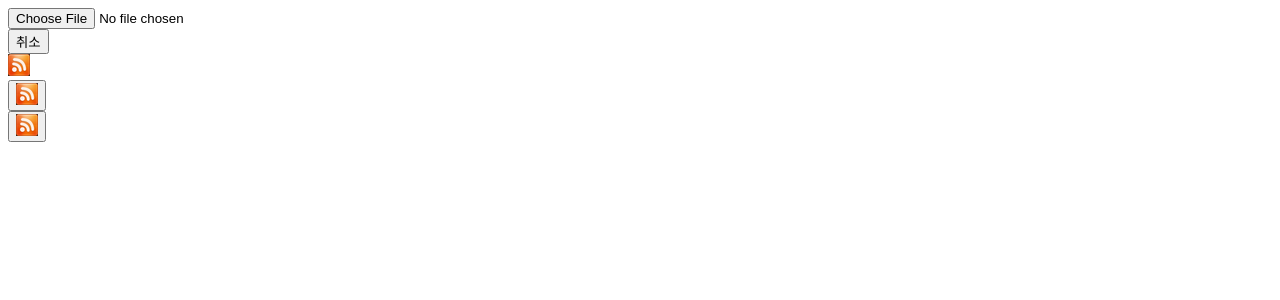
Repository: ssleap/multicampusIoT
Page: workspace190520/edu1/WebContent/button.html
The author's editor kept a copy of each file at every save. The page is drawn from the files as they stood at one save, then again after the next save.
The browser window is 1280 px wide. The pictures show the whole page.

Above is the page before, as saved 2019-05-22 04:26:09.

After the next save:
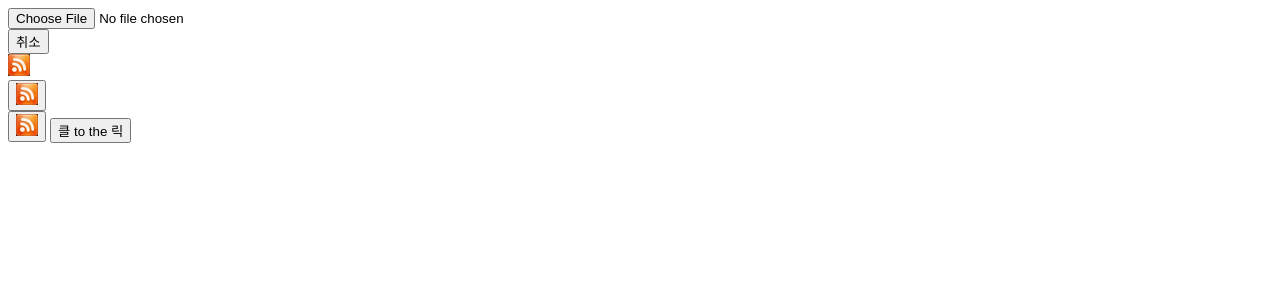
Saved 24 s later.
--- a/workspace190520/edu1/WebContent/button.html
+++ b/workspace190520/edu1/WebContent/button.html
@@ -25,6 +25,9 @@
 		<button type = "button">
 				<img src = "./img/rss.png" alt = "button">
 		</button>
+		<button type = "button">
+				클 to the 릭
+		</button>
 
 
 	</form>
